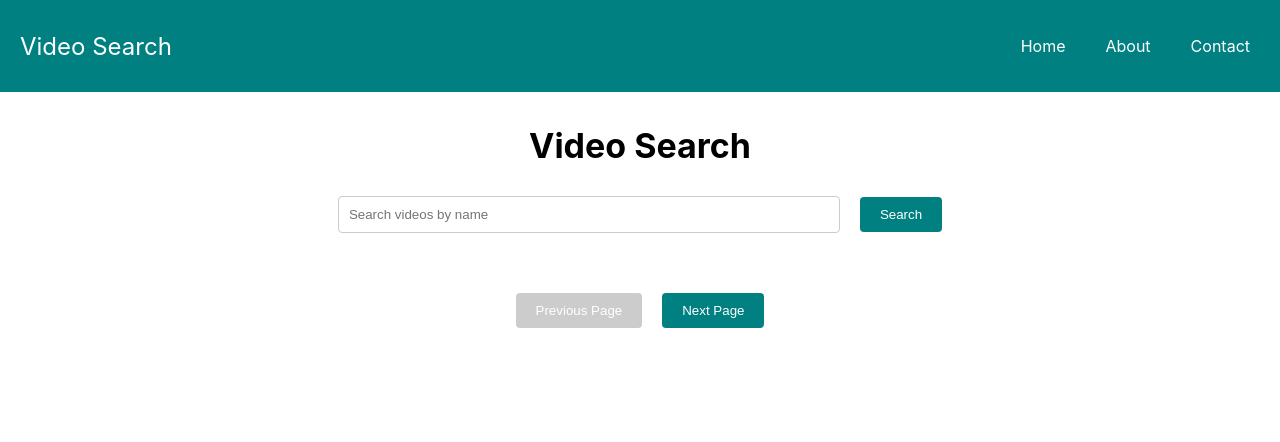
Repository: LolaSL/video-search
Page: /
The author's editor kept a copy of each file at every save. The page is drawn from the files as they stood at one save, then again after the next save.
The browser window is 1280 px wide. The pictures show the whole page.
The project was rebuilt for these pictures with package versions that can differ from the ones it lists, and the page was loaded fresh each time.

Above is the page before, as saved 2023-08-12 14:41:10.

### src/App.js
import React from 'react';
import './App.css';
import VideoSearch from './VideoSearch.jsx';
import Navbar from './Navbar.jsx';
import { BrowserRouter as Router } from 'react-router-dom';

function App() {
  return (
    <Router>
      <div className="App">
        <Navbar />
        <div className="container">
          <VideoSearch />
        </div>
      </div>
    </Router>
  );
}

export default App;

### src/App.css
.App {
  text-align: center;
  text-shadow: 1px 1px solid grey;
  height: 100vh;
}

h1 {
  font-size: 34px;
  margin-bottom: 20px;
}

input[type="text"] {
  padding: 10px;
  width: 60%;
  margin: 10px;
  border: 1px solid #ccc;
  border-radius: 4px;
}

.video-search-container {
  max-width: 800px;
  margin: 0 auto;
  padding: 10px;
   height: auto;
}

.video-list {
  display: grid;
  grid-template-columns: repeat(auto-fill, minmax(300px, 1fr));
  gap: 20px;
  margin-top: 20px;

}

.video-item {
  background-color: #ffffff;
  border-radius: 10px;
  margin: 20px 0;
  padding: 20px;
  border: 1px solid #ccc;

}

.video-container {
  position: relative;
  overflow: hidden;
  padding-top: 56.25%;
}

.video-frame {
  position: absolute;
  top: 0;
  left: 0;
  width: 100%;
  height: 100%;
}

.video-iframe {
  width: 100%;
  height: 100%;
  border: none;
}

button {
  margin: 10px;
  padding: 10px 20px;
  background: teal;
  color: #fff;
  border: none;
  border-radius: 4px;
  cursor: pointer;
}

button:disabled {
  background-color: #ccc;
  cursor: not-allowed;
}

iframe {
  width: 100%;
  height: 415px;
  border: none;
  margin-top: 15px;
}

.video-title {
  font-size: 18px;
  margin-bottom: 10px;
}

.pagination {
  margin-top: 20px;
}

.pagination button {
  margin-right: 10px;
}

.navbar {
  display: flex;
  justify-content: space-between;
  align-items: center;
  padding: 10px 20px;
  background: teal;
  color: white;
}

.navbar-logo {
  font-size: 1.5rem;
}

.nav-toggle {
  display: none;
  background: none;
  border: none;
  color: white;
  font-size: 1rem;
  cursor: pointer;
}

.navbar-nav {
  list-style: none;
  display: flex;
  gap: 20px;
}

.nav-item {
  padding: 10px;
}

.nav-link {
  color: white;
  text-decoration: none;
}


@media screen and (max-width: 768px) {
  .container {
    padding: 10px;
    margin: 30px;
  }

  input[type="text"] {
    width: 80%;
    margin: 20px;
    margin-bottom: 10px;
  }

  button {
    width: 50%;
    margin-bottom: 10px;
  }

  .video-item {
    padding: 10px;
    margin: 10px 20px;
  }

  .pagination {
    text-align: center;
  }
}

### src/VideoSearch.jsx
import React, { useState } from 'react';
import axios from "axios";

const API_KEY = 'AIzaSyAZw_7fp6hzKHZ_UNfC9jRiNJBWZQnTOmM';
const CHANNEL_ID = 'CSgDjZ_Vv8g';
const RESULTS_PER_PAGE = 10;


const VideoSearch = () => {
  const [videos, setVideos] = useState([]);
  const [searchTerm, setSearchTerm] = useState('');
  const [currentPage, setCurrentPage] = useState(1);

  const searchVideos = async () => {
    try {
      const response = await axios.get(
        `https://www.googleapis.com/youtube/v3/search?key=${API_KEY}&channelId=${CHANNEL_ID}&part=snippet,id&type=video&q=${searchTerm}&maxResults=${RESULTS_PER_PAGE}&pageToken=${currentPage > 1 ? videos.length : ''}`
      );

      setVideos(response.data.items);
    } catch (error) {
      console.error('Error fetching videos:', error);
    }
  };

  const handlePageChange = (newPage) => {
    setCurrentPage(newPage);
    searchVideos();
  };

  return (
    <div className="video-search-container">
      <h1>Video Search</h1>
      <input
        type="text"
        placeholder="Search videos by name"
        value={searchTerm}
        onChange={(e) => setSearchTerm(e.target.value)}
      />
      <button onClick={() => handlePageChange(1)}>Search</button>

      <div className="video-list">
        {videos.map((video) => (
          <div key={video.id.videoId} className="video-item">
            <h2 className="video-title">{video.snippet.title}</h2>
            <div className="video-container">
              <div className="video-frame">
                <iframe
                  title={video.snippet.title}
                  src={`https://www.youtube.com/embed/${video.id.videoId}`}
                  className="video-iframe"
                  allowFullScreen
                ></iframe>
              </div>
            </div>
          </div>
        ))}
      </div>

      <div className="pagination">
        <button
          onClick={() => handlePageChange(currentPage - 1)}
          disabled={currentPage === 1}
        >
          Previous Page
        </button>
        <button onClick={() => handlePageChange(currentPage + 1)}>Next Page</button>
      </div>
    </div>
  );
};

export default VideoSearch;

### src/Navbar.jsx
import React, { useState } from 'react';
import { Link } from 'react-router-dom';

const Navbar = () => {
  const [isNavOpen, setIsNavOpen] = useState(false);

  const toggleNav = () => {
    setIsNavOpen(!isNavOpen);
  };

  return (
    <nav className="navbar">
      <div className="navbar-brand">
        <span className="navbar-logo">Video Search</span>
      </div>
      <button className="nav-toggle" onClick={toggleNav}>
        {isNavOpen ? 'Close' : 'Open'}
      </button>
      <ul className={`navbar-nav ${isNavOpen ? 'open' : ''}`}>
        <li className="nav-item">
          <Link to="/" className="nav-link">Home</Link>
        </li>
        <li className="nav-item">
          <Link to="/about" className="nav-link">About</Link>
        </li>
        <li className="nav-item">
          <Link to="/contact" className="nav-link">Contact</Link>
        </li>
      </ul>
    </nav>
  );
};

export default Navbar;

Loaded but not shown: public/index.html (common file); src/index.js (common file); src/index.css (common file); src/reportWebVitals.js (common file)

After the next save:
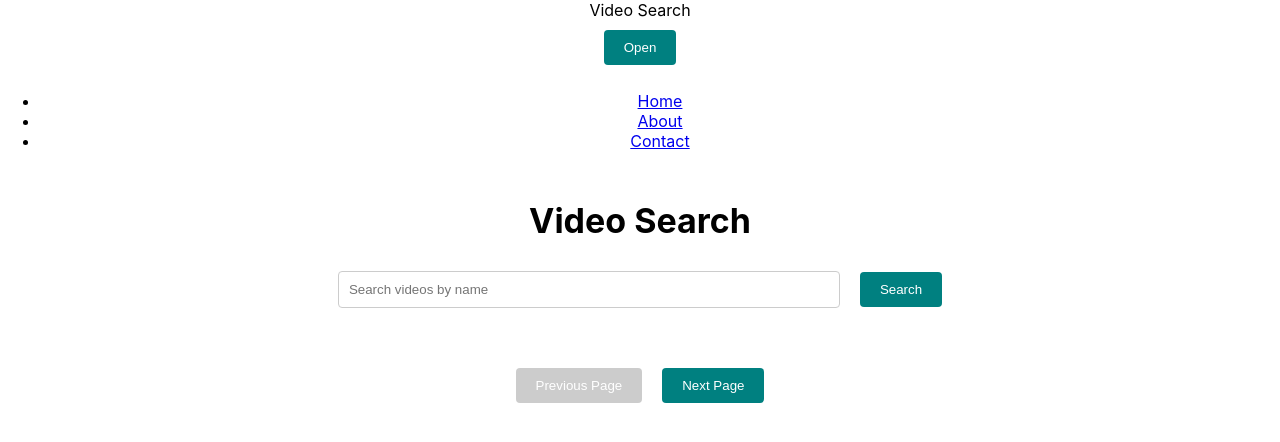
Saved 6 min 24 s later.
--- a/src/App.css
+++ b/src/App.css
@@ -96,7 +96,7 @@ iframe {
   margin-right: 10px;
 }
 
-.navbar {
+/* .navbar {
   display: flex;
   justify-content: space-between;
   align-items: center;
@@ -132,7 +132,7 @@ iframe {
   color: white;
   text-decoration: none;
 }
-
+ */
 
 @media screen and (max-width: 768px) {
   .container {
